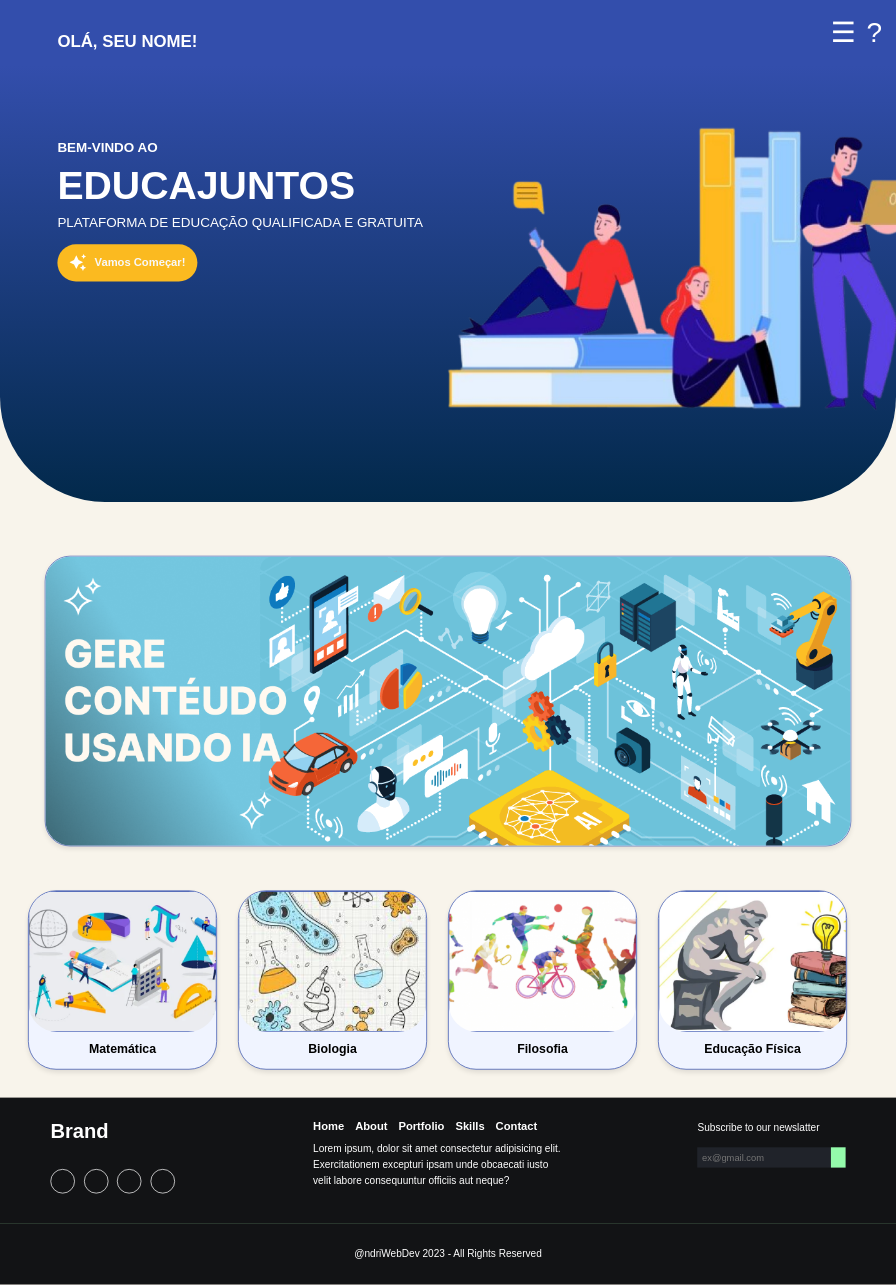
Repository: Matheus904-12/EDUCAJUNTOS
Page: inicio/index.html
An editor plug-in stored every save of this project. The page is shown before and after a run of saves, followed by the edit.
The browser window is 1280 px wide. The pictures show the whole page, at 70% of full size.

Above is the page before, as saved 2024-10-28 20:20:27.

After the next 2 saves:
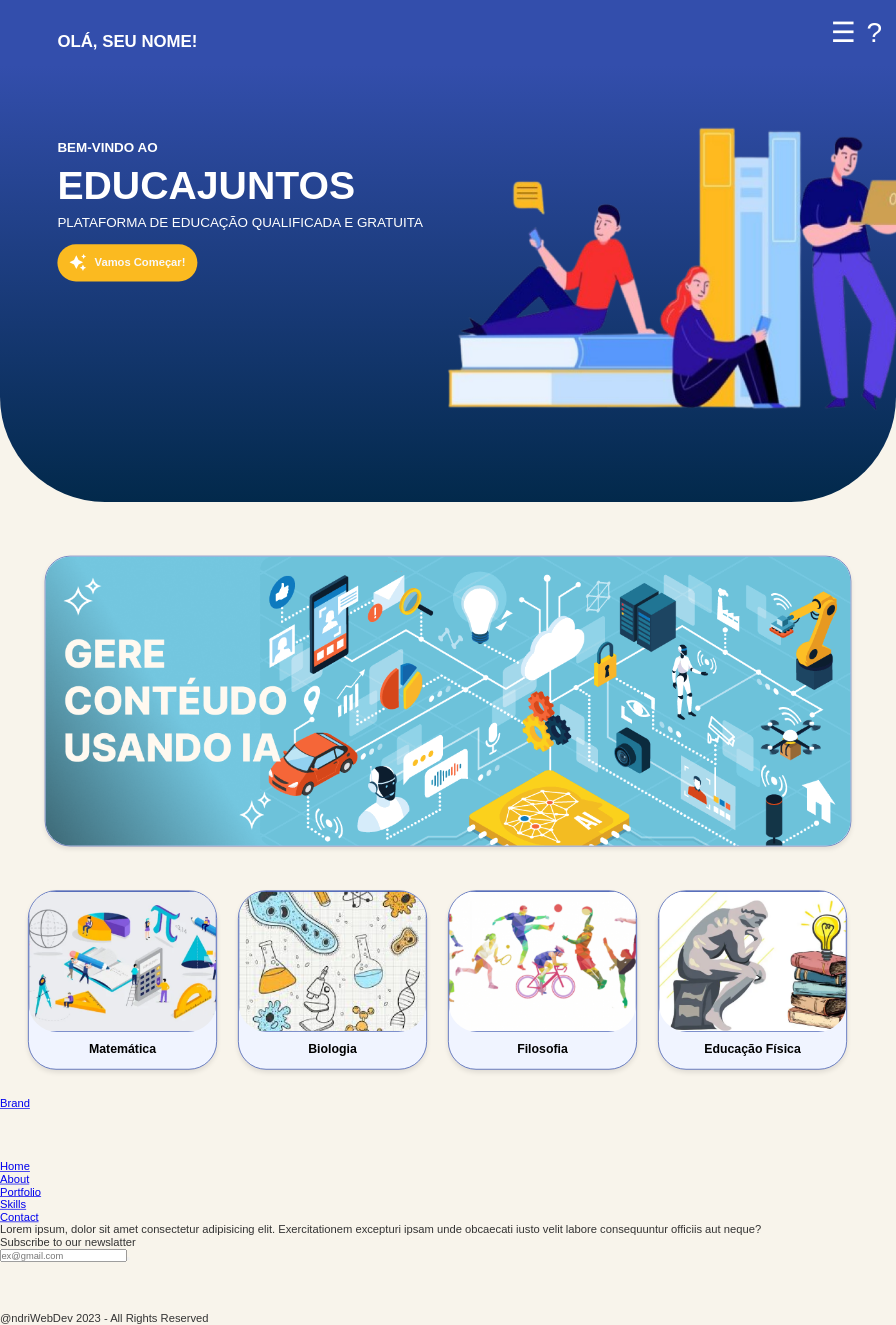
The 2 saves are shown as one change because they came seconds apart.
The last was saved 6 s later.
--- a/inicio/style.css
+++ b/inicio/style.css
@@ -178,111 +178,3 @@ nav {
     fill: white;
     transform: scale(1.2);
   }
-
-  footer {
-    box-sizing: border-box;
-    margin: 0;
-    padding: 0;
-    color: #fff;
-    background: #121315;
-  }
-  footer ul {
-    list-style: none;
-  }
-  footer p {
-    color: #fff;
-    max-width: 25em;
-    font-size: 0.9em;
-    line-height: 23px;
-  }
-  footer a {
-    color: #fff;
-    text-decoration: none;
-  }
-  footer .container {
-    max-width: 1200px;
-    margin: 0 auto;
-    padding: 2em;
-  }
-  .footer .container {
-    display: flex;
-    justify-content: space-between;
-    gap: 2em;
-  }
-  .brand {
-    display: block;
-    font-size: 1.8em;
-    font-weight: 600;
-    margin-bottom: 1em;
-  }
-  .media-icons li,
-  .services-icons li {
-    display: inline-block;
-    margin: 0.5em 0.5em 0.5em 0;
-  }
-  .media-icons a {
-    font-size: 1.1em;
-    width: 2em;
-    height: 2em;
-    border: 1px #fff solid;
-    border-radius: 50%;
-    display: flex;
-    justify-content: center;
-    align-items: center;
-    transition: 0.3s;
-  }
-  .media-icons a:hover {
-    background: #fff;
-    color: #111;
-  }
-  .services-icons a {
-    font-size: 1.6em;
-  }
-  .services-icons a:hover {
-    color: #94fbab;
-  }
-  .footer-bottom {
-    display: flex;
-    justify-content: center;
-    border-top: 1px solid rgba(138, 208, 153, 0.36);
-    padding: 2em;
-  }
-  .footer .menu {
-    margin-bottom: 1em;
-  }
-  .footer .menu li {
-    display: inline-block;
-    margin: 0 0.7em 0.7em 0;
-    text-align: center;
-  }
-  .footer .menu a {
-    transition: 0.3s;
-    font-weight: 600;
-  }
-  .footer .menu a:hover {
-    color: #94fbab;
-  }
-  .input-wrap {
-    margin: 1em 0;
-    display: flex;
-  }
-  .input-wrap input {
-    padding: 0.5em;
-    border: none;
-    background: #20232a;
-    color: #ccc;
-  }
-  .input-wrap input:focus {
-    outline: none;
-  }
-  .input-wrap button {
-    padding: 0.8em;
-    background: #94fbab;
-    border: none;
-    color: #217634;
-    transition: 0.3s;
-  }
-  .input-wrap button:hover {
-    background: #fff;
-    color: #111;
-  }
